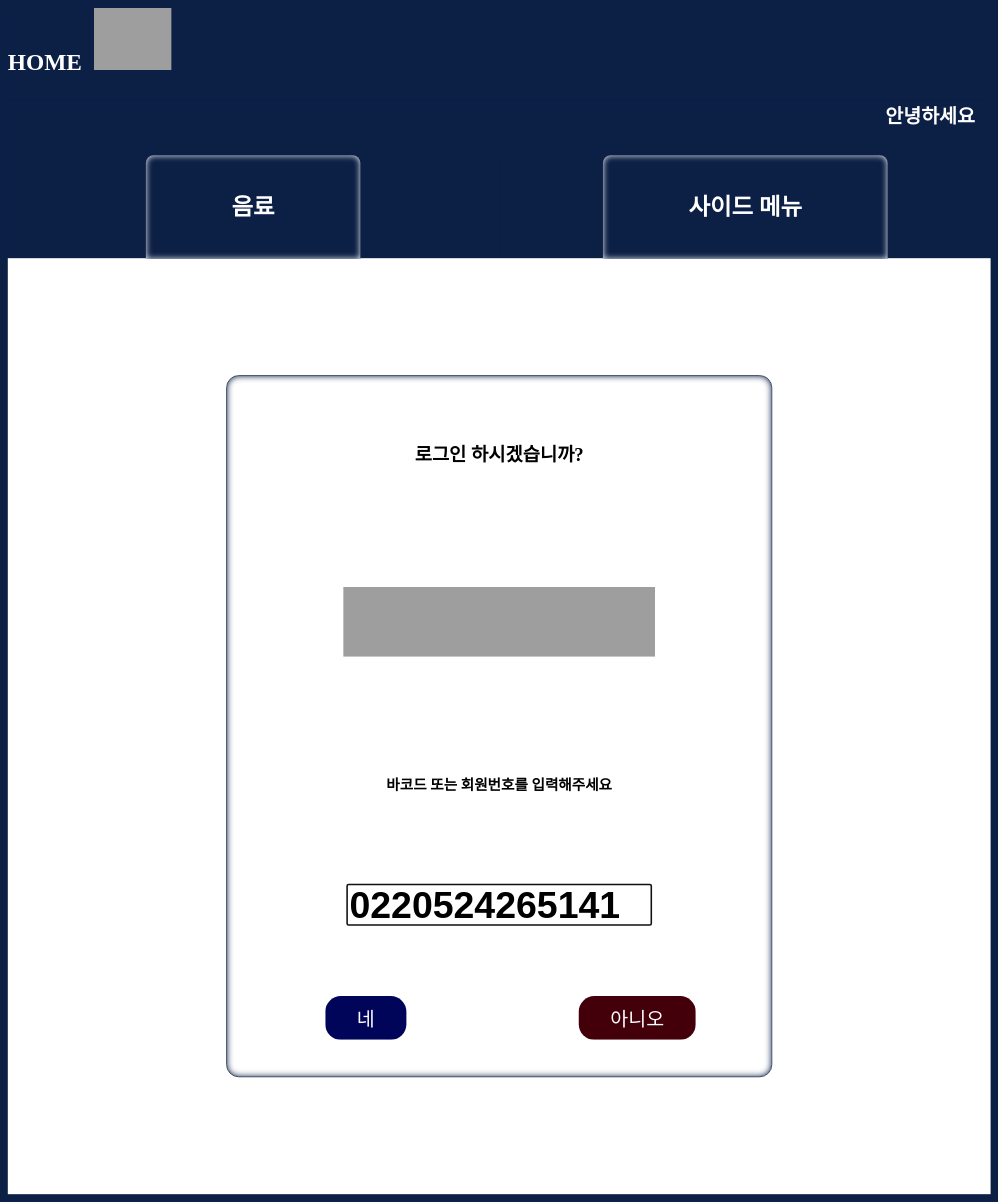
Repository: DevJoeYC/Metabukcs
Page: http://localhost/metabucks/KIOSK/login.jsp
An editor plug-in stored every save of this project. The page is shown before and after the next save, followed by the edit.
The browser window is 1280 px wide. The pictures show the whole page, at 78% of full size.
Pictures or frames that could not be fetched are drawn as grey boxes. The page is served by Tomcat 9.

Above is the page before, as saved 2022-05-27 05:43:21.

After the next save:
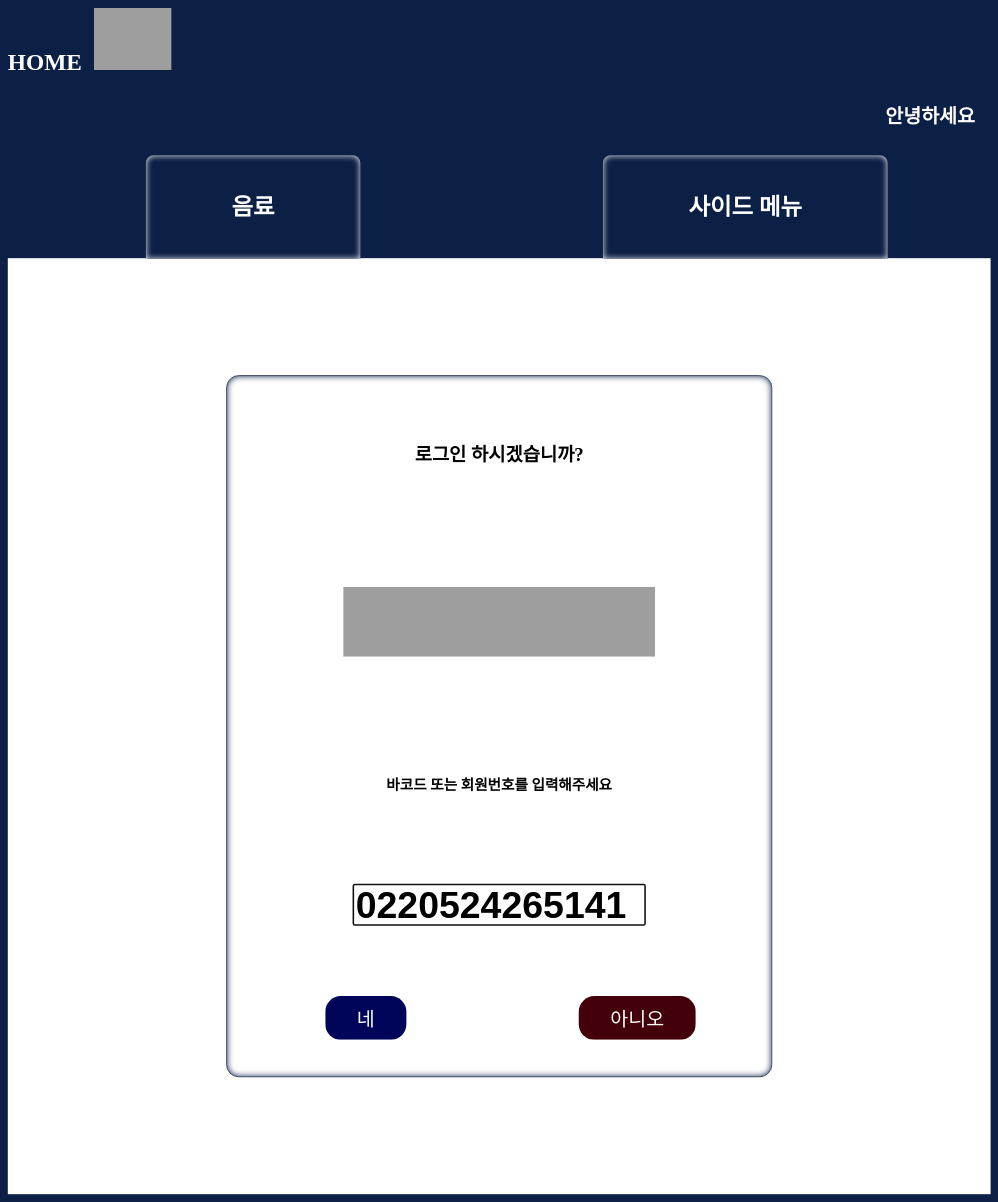
Saved 7 s later.
--- a/metabucks/WebContent/KIOSK/login.jsp
+++ b/metabucks/WebContent/KIOSK/login.jsp
@@ -59,7 +59,7 @@
 				<td colspan=2><input type="text"
 									 id="usernum"
 									 name="usernum"
-									 style="width: 24rem; height:3rem;font-size:3rem;font-weight:bold"
+									 style="width: 23rem; height:3rem;font-size:3rem;font-weight:bold"
 									 value="0220524265141">
 				</td>
 			</tr>
